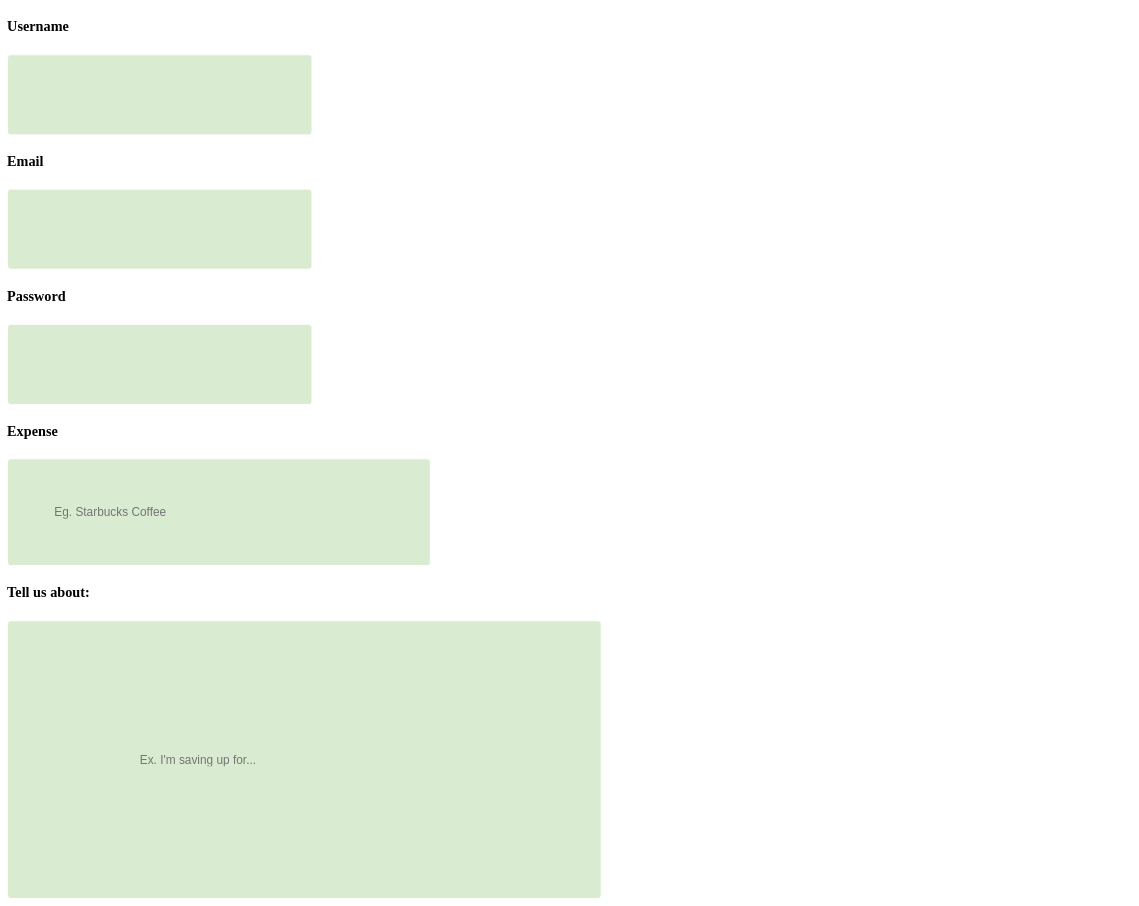
Repository: AlyssaHug/Design02_App
Page: app/inputs/inputs.html
An editor plug-in stored every save of this project. The page is shown before and after the next save, followed by the edit.
The browser window is 1280 px wide. The pictures show the whole page, at 89% of full size.

Above is the page before, as saved 2025-05-05 13:59:39.

After the next save:
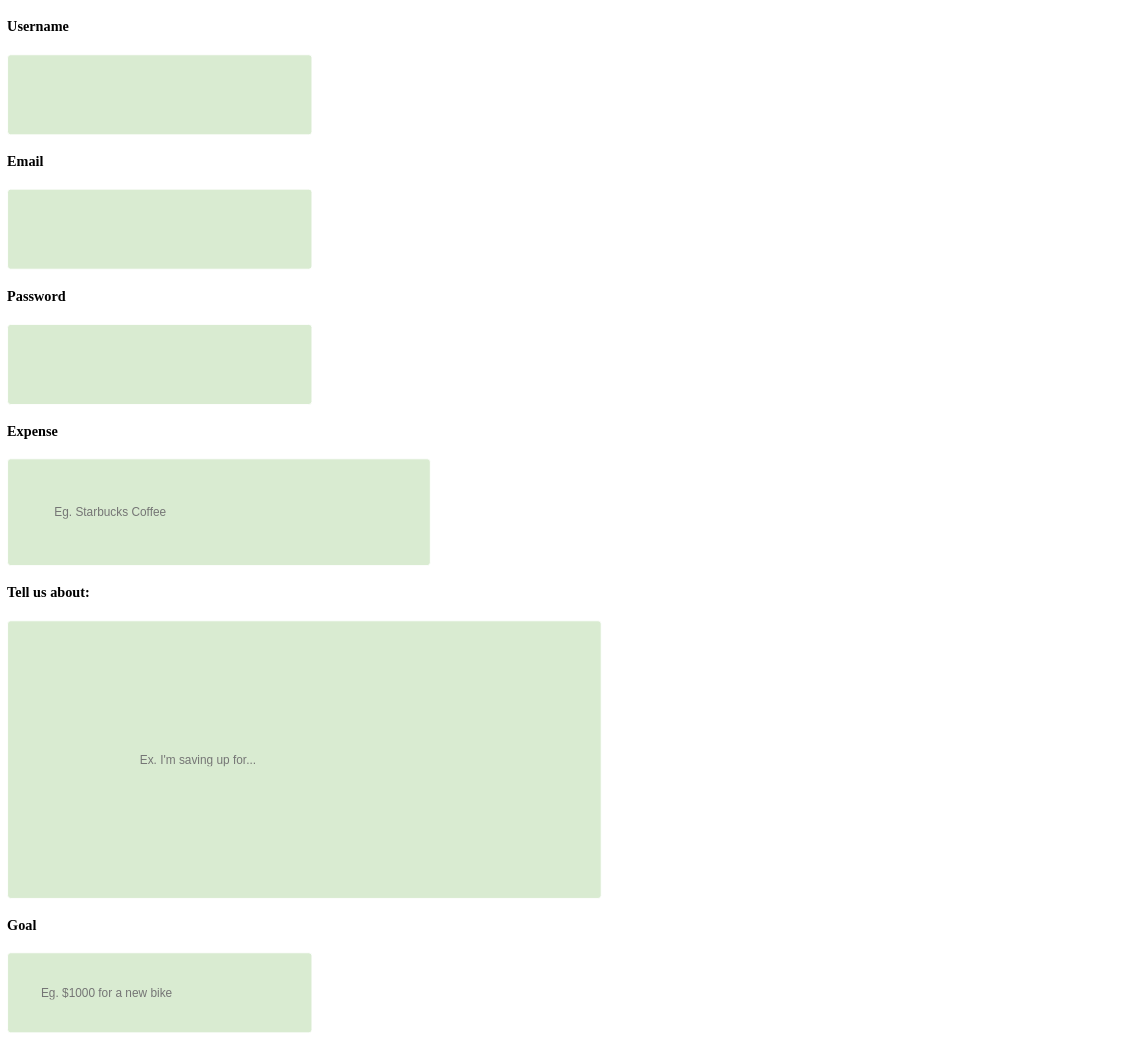
Saved 37 s later.
--- a/app/inputs/inputs.html
+++ b/app/inputs/inputs.html
@@ -17,5 +17,7 @@
     <input class="expense_input" type="text" name="expense" id="expense" placeholder="Eg. Starbucks Coffee">
     <h4>Tell us about:</h4>
     <input class="paragraph_input" type="text" name="paragraph" id="paragraph" placeholder="Ex. I'm saving up for...">
+    <h4>Goal</h4>
+    <input class="goal_input" type="text" name="goal" id="goal" placeholder="Eg. $1000 for a new bike">
 </body>
 </html>
